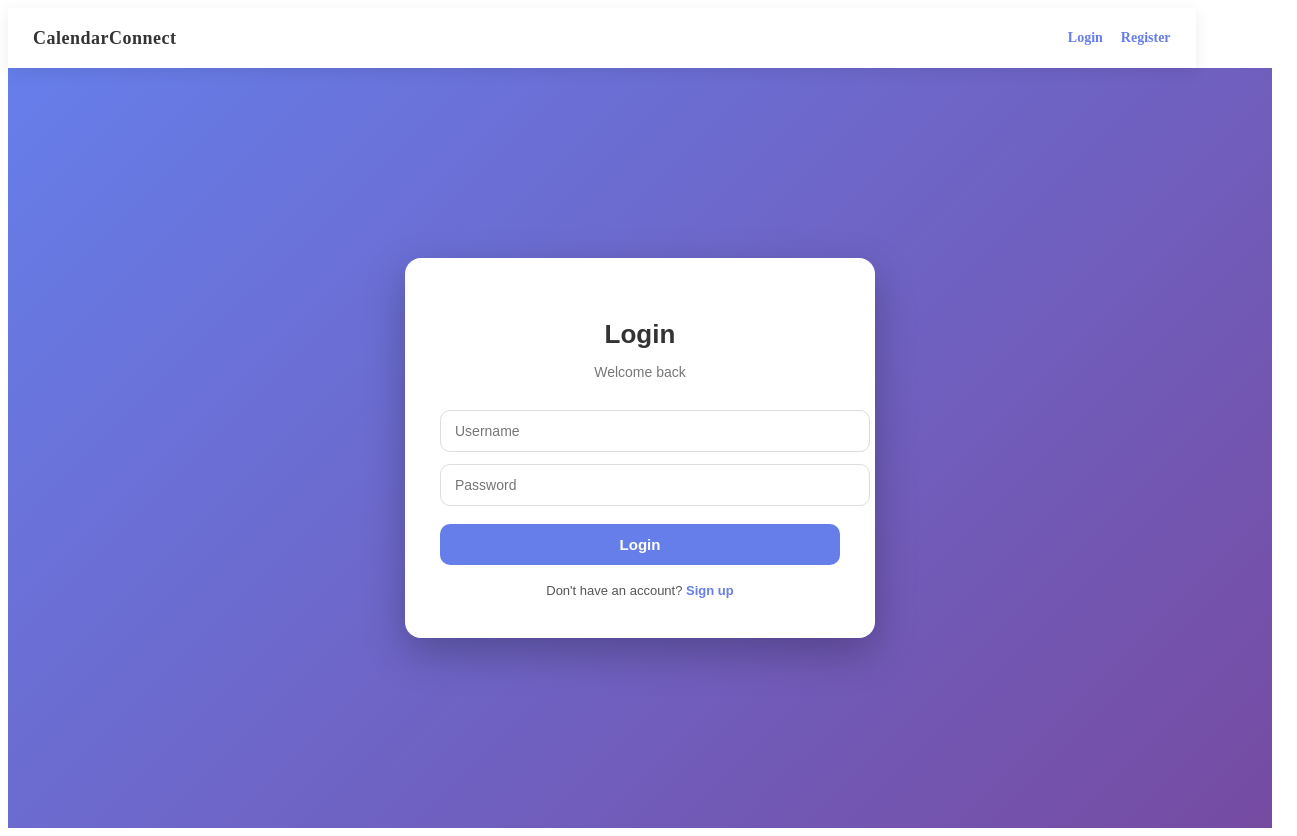
Repository: BMXracer44/CalendarConnect
Page: / (app in frontend/)
An editor plug-in stored every save of this project. The page is shown before and after the next save, followed by the edit.
The browser window is 1280 px wide. The page is 1280 px wide, then 1297 px, so the pictures cover 1297 px, including what lies to the right of the window. The pictures show the whole page.
The project was rebuilt for these pictures with package versions that can differ from the ones it lists, and the page was loaded fresh each time. Also part of the build but not shown: frontend/src/pages/Register.jsx, frontend/src/pages/Calendar.jsx.

Above is the page before, as saved 2026-04-14 10:05:14.

### frontend/src/index.js
import React from "react";
import ReactDOM from "react-dom/client";
import App from "./App";
import { AuthProvider } from "./context/AuthContext";
import { router } from "./router";
import { RouterProvider } from "react-router-dom";
import "./index.css";

ReactDOM.createRoot(document.getElementById("root")).render(
  <AuthProvider>
    <RouterProvider router={router} />
  </AuthProvider>
);

### frontend/src/App.js
import { Outlet } from "react-router-dom";
import Navbar from "./components/Navbar";
import "./index.css";

function App() {
  return (
    <div>
      <Navbar />
      <Outlet />
    </div>
  );
}

export default App;

### frontend/src/context/AuthContext.js
import { createContext, useState, useEffect } from "react";

export const AuthContext = createContext();

export const AuthProvider = ({ children }) => {
  const [user, setUser] = useState(null);

  // Load user from localStorage on refresh
  useEffect(() => {
    const token = localStorage.getItem("token");
    const username = localStorage.getItem("username");

    if (token && username) {
      setUser({ username, token });
    }
  }, []);

  // Login function
  const login = (data) => {
    localStorage.setItem("token", data.token);
    localStorage.setItem("username", data.username);

    setUser({
      username: data.username,
      token: data.token,
    });
  };

  // Logout function
  const logout = () => {
    localStorage.removeItem("token");
    localStorage.removeItem("username");
    setUser(null);
  };

  return (
    <AuthContext.Provider value={{ user, login, logout }}>
      {children}
    </AuthContext.Provider>
  );
};

### frontend/src/router.jsx
import { createBrowserRouter } from "react-router-dom";
import App from "./App";
import Login from "./pages/Login";
import Register from "./pages/Register";
import Home from "./pages/Home";
import Profile from "./pages/Profile";
import Calendar from "./pages/Calendar";

export const router = createBrowserRouter([
  {
    path: "/",
    element: <App />,
    children: [
      { index: true, element: <Login /> },
      { path: "register", element: <Register /> },
      { path: "home", element: <Home /> },
      { path: "calendar", element: <Calendar /> },
      { path: "profile", element: <Profile /> }
    ]
  }
]);

### frontend/src/index.css
/* =========================
   GLOBAL PAGE BACKGROUND
========================= */
.login-container {
  min-height: 100vh;
  display: flex;
  justify-content: center;
  align-items: center;
  padding: 20px;
  background: linear-gradient(135deg, #667eea, #764ba2);
  font-family: Arial, sans-serif;
}

/* =========================
   AUTH CARD (LOGIN + REGISTER)
========================= */
.login-card {
  width: 100%;
  max-width: 400px;
  background: #ffffff;
  padding: 40px 35px;
  border-radius: 16px;
  box-shadow: 0 15px 40px rgba(0, 0, 0, 0.25);
  text-align: center;
  animation: fadeIn 0.4s ease-in-out;
}

/* Card animation */
@keyframes fadeIn {
  from {
    opacity: 0;
    transform: translateY(15px);
  }
  to {
    opacity: 1;
    transform: translateY(0);
  }
}

/* =========================
   HEADINGS
========================= */
.login-card h2 {
  font-size: 26px;
  margin-bottom: 8px;
  color: #333;
}

.login-card p {
  font-size: 14px;
  color: #777;
  margin-bottom: 18px;
}

/* =========================
   INPUT FIELDS
========================= */
.login-card input {
  width: 100%;
  padding: 12px 14px;
  margin-top: 12px;
  border: 1px solid #ddd;
  border-radius: 10px;
  font-size: 14px;
  outline: none;
  transition: all 0.25s ease;
}

/* Focus effect */
.login-card input:focus {
  border-color: #667eea;
  box-shadow: 0 0 8px rgba(102, 126, 234, 0.35);
}

/* =========================
   BUTTON
========================= */
.login-card button {
  width: 100%;
  padding: 12px;
  margin-top: 18px;
  background: #667eea;
  color: white;
  border: none;
  border-radius: 10px;
  font-size: 15px;
  font-weight: bold;
  cursor: pointer;
  transition: all 0.2s ease;
}

/* Hover effect */
.login-card button:hover {
  background: #5a67d8;
  transform: translateY(-2px);
}

/* =========================
   ERROR & SUCCESS MESSAGES
========================= */
.error-text {
  color: #e74c3c;
  font-size: 13px;
  margin-top: 10px;
}

.success-text {
  color: #2ecc71;
  font-size: 13px;
  margin-top: 10px;
}

/* =========================
   BOTTOM TEXT LINKS
========================= */
.bottom-text {
  margin-top: 18px;
  font-size: 13px;
  color: #555;
}

.bottom-text a {
  color: #667eea;
  font-weight: bold;
  text-decoration: none;
}

.bottom-text a:hover {
  text-decoration: underline;
}

/* =========================
   REGISTER SPACING (optional)
========================= */
.register-extra-spacing input {
  margin-top: 14px;
}
/* =========================
   NAVBAR
========================= */

.navbar {
  width: 90%;
  height: 60px;
  display: flex;
  justify-content: space-between;
  align-items: center;
  padding: 0 25px;

  background: rgba(255, 255, 255, 0.95);
  backdrop-filter: blur(10px);

  box-shadow: 0 4px 15px rgba(0, 0, 0, 0.08);
  position: sticky;
  top: 0;
  z-index: 1000;
}

/* LEFT SIDE (brand) */
.navbar-left {
  font-size: 18px;
  font-weight: bold;
  color: #333;
  letter-spacing: 0.5px;
}

/* RIGHT SIDE */
.navbar-right {
  display: flex;
  align-items: center;
  gap: 18px;
}

/* LINKS */
.nav-link {
  text-decoration: none;
  font-size: 14px;
  font-weight: 600;
  color: #667eea;
  transition: 0.2s ease;
}

.nav-link:hover {
  color: #5a67d8;
  transform: translateY(-1px);
}

/* USERNAME */
.nav-user {
  font-weight: 600;
  font-size: 14px;
  color: #333;
  padding: 6px 10px;
  border-radius: 8px;
  background: #f4f6ff;
}

/* LOGOUT BUTTON */
.nav-button {
  background: #e74c3c;
  color: white;
  border: none;
  padding: 7px 12px;
  border-radius: 8px;
  font-size: 13px;
  font-weight: bold;
  cursor: pointer;
  transition: 0.2s ease;
}

.nav-button:hover {
  background: #c0392b;
  transform: translateY(-1px);
}

### frontend/src/components/Navbar.jsx
import { useContext } from "react";
import { AuthContext } from "../context/AuthContext";
import { Link, useNavigate } from "react-router-dom";


const Navbar = () => {
  const { user, logout } = useContext(AuthContext);
  const navigate = useNavigate();

  const handleLogout = () => {
    logout();
    navigate("/");
  };

  return (
    <nav className="navbar">
      <div className="navbar-left">
        CalendarConnect
      </div>

      <div className="navbar-right">
        {!user ? (
          <>
            <Link to="/" className="nav-link">Login</Link>
            <Link to="/register" className="nav-link">Register</Link>
          </>
        ) : (
          <>
            <span className="nav-user">{user.username}</span>
            <button className="nav-button" onClick={handleLogout}>
              Logout
            </button>
          </>
        )}
      </div>
    </nav>
  );
};

export default Navbar;

### frontend/src/pages/Login.jsx
import React, { useState } from "react";
import { useNavigate } from "react-router-dom";

const Login = () => {
  const navigate = useNavigate();

  const [username, setUsername] = useState("");
  const [password, setPassword] = useState("");

  const [error, setError] = useState("");
  const [success, setSuccess] = useState("");

  const handleSubmit = async (e) => {
    e.preventDefault();

    try {
      const response = await fetch("http://localhost:8080/api/login", {
        method: "POST",
        headers: {
          "Content-Type": "application/json"
        },
        body: JSON.stringify({ username, password })
      });

      const data = await response.json();

      if (response.ok) {
        localStorage.setItem("token", data.token);

        setSuccess("Login successful!");
        setError("");

        setTimeout(() => {
          navigate("/dashboard");
        }, 1000);

      } else {
        setError(data.message || "Invalid login");
        setSuccess("");
      }

    } catch (err) {
      setError("Server not reachable");
      setSuccess("");
    }
  };

  return (
    <div className="login-container">
      <div className="login-card">

        <h2>Login</h2>
        <p>Welcome back</p>

        {error && <p className="error-text">{error}</p>}
        {success && <p className="success-text">{success}</p>}

        <form onSubmit={handleSubmit}>
          <input
            type="text"
            placeholder="Username"
            value={username}
            onChange={(e) => setUsername(e.target.value)}
            required
          />

          <input
            type="password"
            placeholder="Password"
            value={password}
            onChange={(e) => setPassword(e.target.value)}
            required
          />

          <button type="submit">Login</button>
        </form>

        <div className="bottom-text">
          Don't have an account? <a href="/register">Sign up</a>
        </div>

      </div>
    </div>
  );
};

export default Login;

Loaded but not shown: frontend/src/pages/Home.jsx (no stored copy; drawn as an empty file); frontend/src/pages/Profile.jsx (no stored copy; drawn as an empty file)

After the next save:
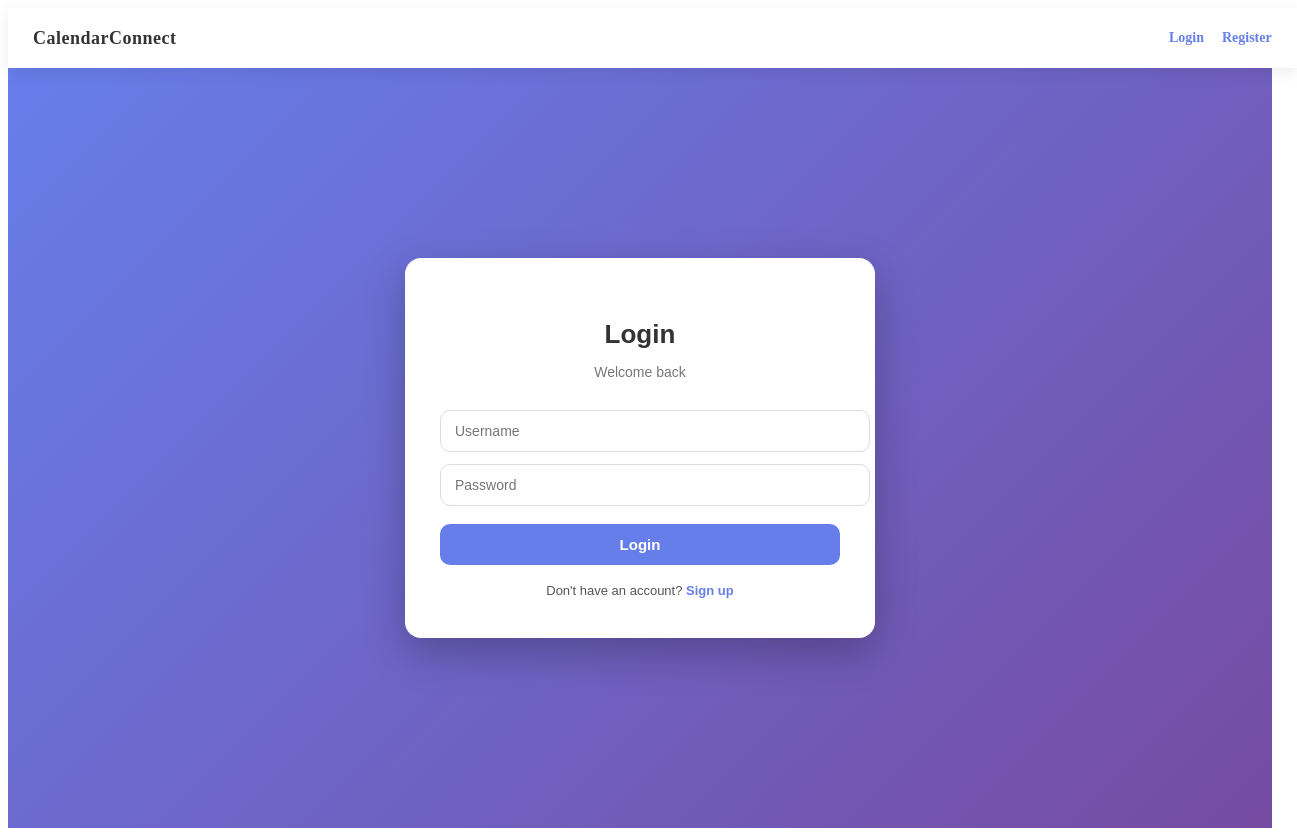
Saved 4 s later.
--- a/frontend/src/index.css
+++ b/frontend/src/index.css
@@ -140,7 +140,7 @@
 ========================= */
 
 .navbar {
-  width: 90%;
+  width: 98%;
   height: 60px;
   display: flex;
   justify-content: space-between;
